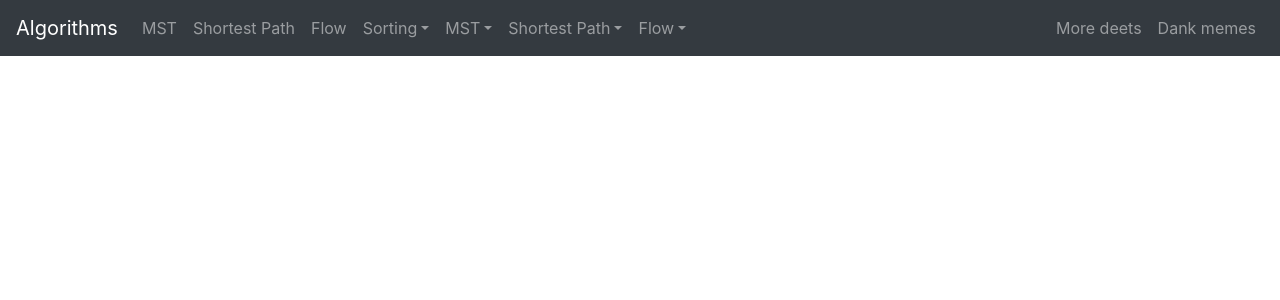
Repository: dkasima1/Algorithm-Visualizations
Page: /
These files come from the project's save history. The page is drawn as it stood at one moment and after the next save; the edit follows.
The browser window is 1280 px wide. The pictures show the whole page.
The project was rebuilt for these pictures with package versions that can differ from the ones it lists, and the page was loaded fresh each time.

Above is the page before, as saved 2020-06-22 13:23:40.

### src/App.js
import React from 'react';
import { BrowserRouter as Router, Route, Switch } from 'react-router-dom';
import NavigationBar from './components/NavigationBar'
import 'bootstrap/dist/css/bootstrap.min.css';

function App() {
  return (
    <NavigationBar />
  );
}

export default App;

### src/components/NavigationBar.js
import React from 'react';
import { Navbar, Nav, NavDropdown} from 'react-bootstrap';

function NavigationBar() {
    return (
        <div>
            <Navbar collapseOnSelect expand="lg" bg="dark" variant="dark">
                <Navbar.Brand href="#home">Algorithms</Navbar.Brand>
                <Navbar.Toggle aria-controls="responsive-navbar-nav" />
                <Navbar.Collapse id="responsive-navbar-nav">
                    <Nav className="mr-auto">
                    <Nav.Link href="#pricing">MST</Nav.Link>
                    <Nav.Link href="#pricing">Shortest Path</Nav.Link>
                    <Nav.Link href="#pricing">Flow</Nav.Link>
                    <NavDropdown title="Sorting" id="collasible-nav-dropdown">
                        <NavDropdown.Item href="#action/3.1">Bubble Sort</NavDropdown.Item>
                        <NavDropdown.Item href="#action/3.2">Selection Sort</NavDropdown.Item>
                        <NavDropdown.Item href="#action/3.3">Insertion Sort</NavDropdown.Item>
                        <NavDropdown.Divider />
                        <NavDropdown.Item href="#action/3.4">Merge Sort</NavDropdown.Item>
                        <NavDropdown.Item href="#action/3.3">Quick Sort</NavDropdown.Item>
                    </NavDropdown>
                    <NavDropdown title="MST" id="collasible-nav-dropdown">
                        <NavDropdown.Item href="#action/3.1">Prim's</NavDropdown.Item>
                        <NavDropdown.Item href="#action/3.2">Kruskal's</NavDropdown.Item>
                    </NavDropdown>
                    <NavDropdown title="Shortest Path" id="collasible-nav-dropdown">
                        <NavDropdown.Item href="#action/3.1">Dijkstra's</NavDropdown.Item>
                    </NavDropdown>
                    <NavDropdown title="Flow" id="collasible-nav-dropdown">
                        <NavDropdown.Item href="#action/3.1">Ford Fulkurson</NavDropdown.Item>
                    </NavDropdown>
                    </Nav>
                    <Nav>
                    <Nav.Link href="#deets">More deets</Nav.Link>
                    <Nav.Link eventKey={2} href="#memes">
                        Dank memes
                    </Nav.Link>
                    </Nav>
                </Navbar.Collapse>
            </Navbar>
        </div>
    )
}

export default NavigationBar;

Loaded but not shown: public/index.html (common file); src/index.js (common file); src/index.css (common file); src/serviceWorker.js (common file)

After the next save:
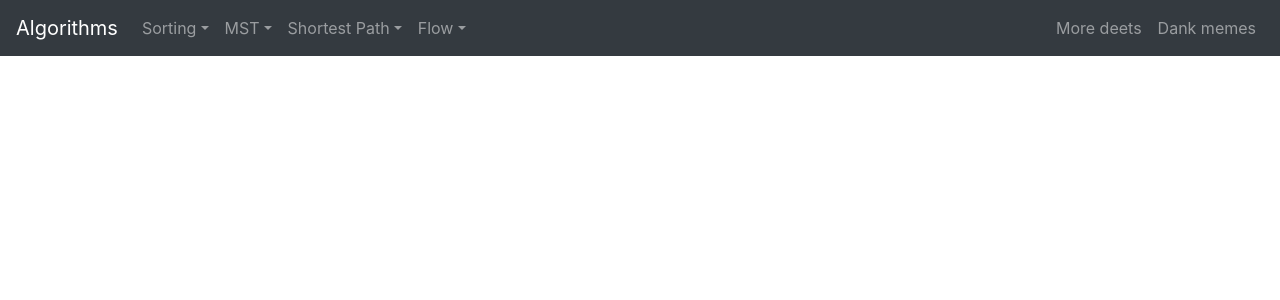
Saved 12 s later.
--- a/src/components/NavigationBar.js
+++ b/src/components/NavigationBar.js
@@ -9,9 +9,6 @@ function NavigationBar() {
                 <Navbar.Toggle aria-controls="responsive-navbar-nav" />
                 <Navbar.Collapse id="responsive-navbar-nav">
                     <Nav className="mr-auto">
-                    <Nav.Link href="#pricing">MST</Nav.Link>
-                    <Nav.Link href="#pricing">Shortest Path</Nav.Link>
-                    <Nav.Link href="#pricing">Flow</Nav.Link>
                     <NavDropdown title="Sorting" id="collasible-nav-dropdown">
                         <NavDropdown.Item href="#action/3.1">Bubble Sort</NavDropdown.Item>
                         <NavDropdown.Item href="#action/3.2">Selection Sort</NavDropdown.Item>
